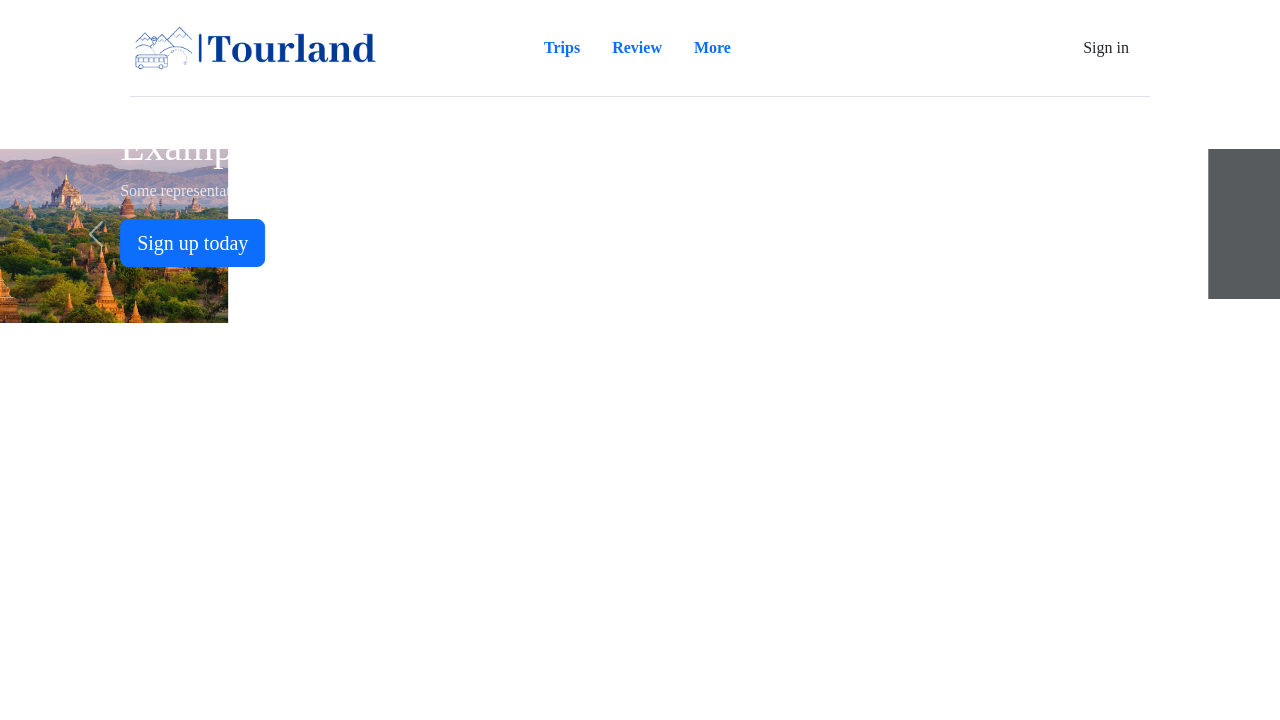
Repository: nyeinsu4520/tourland
Page: http://localhost/index
An editor plug-in stored every save of this project. The page is shown before and after the next save, followed by the edit.
The browser window is 1280 px wide. The pictures show the whole page.
Some web fonts or font styles are not loaded; a fallback is used. The page is this project's Thymeleaf template; nobody is signed in. The template is opened directly, without the code that normally fills it, so the values that code supplies are empty.

Above is the page before, as saved 2024-05-31 16:56:15.

After the next save:
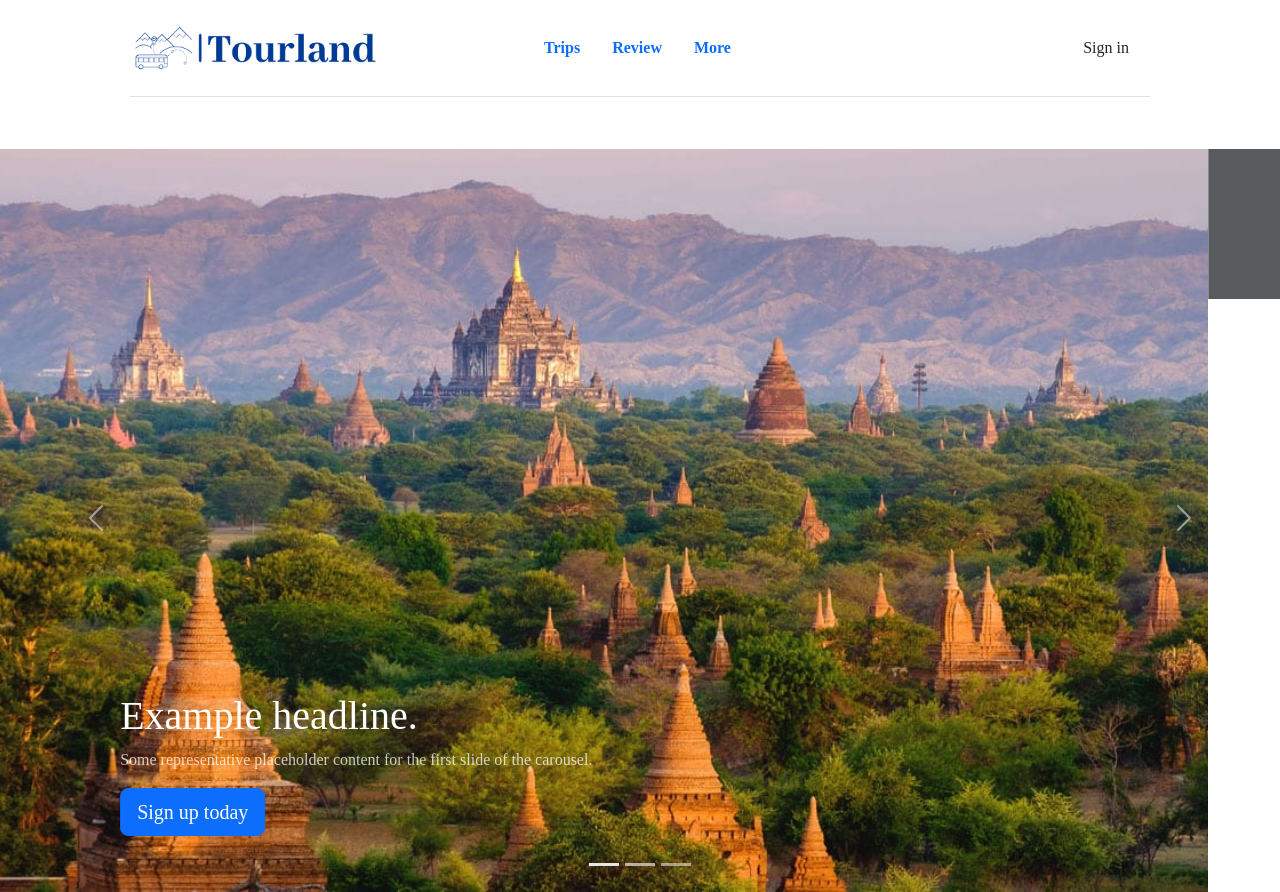
Saved 10 s later.
--- a/Tourland/src/main/resources/templates/index.html
+++ b/Tourland/src/main/resources/templates/index.html
@@ -86,7 +86,7 @@
       </div>
       <div class="carousel-inner">
         <div class="carousel-item active">
-          <img src="./image/img/bagan.jpg" width="300px" >
+          <img src="./image/img/bagan.jpg" width="100%" >
           <div class="container">
             <div class="carousel-caption text-start">
               <h1>Example headline.</h1>
